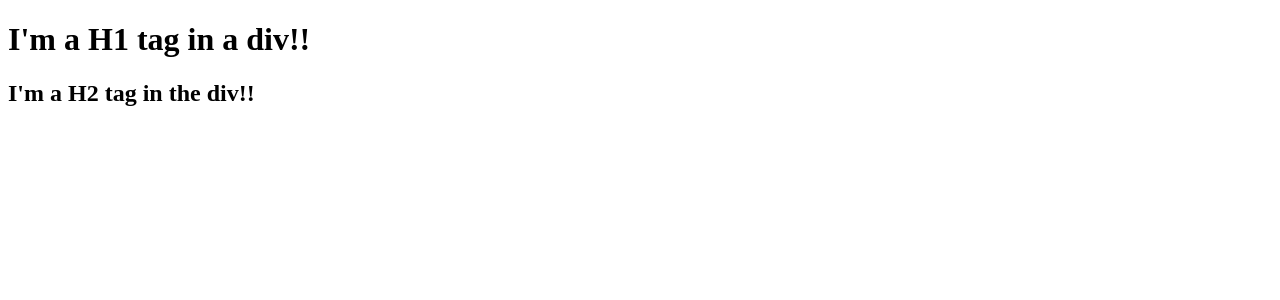
Repository: SrijanaGupta/lets-react
Page: index.html
An editor plug-in stored every save of this project. The page is shown before and after the next save, followed by the edit.
The browser window is 1280 px wide. The pictures show the whole page.

Above is the page before, as saved 2024-07-04 21:10:03.

After the next save:
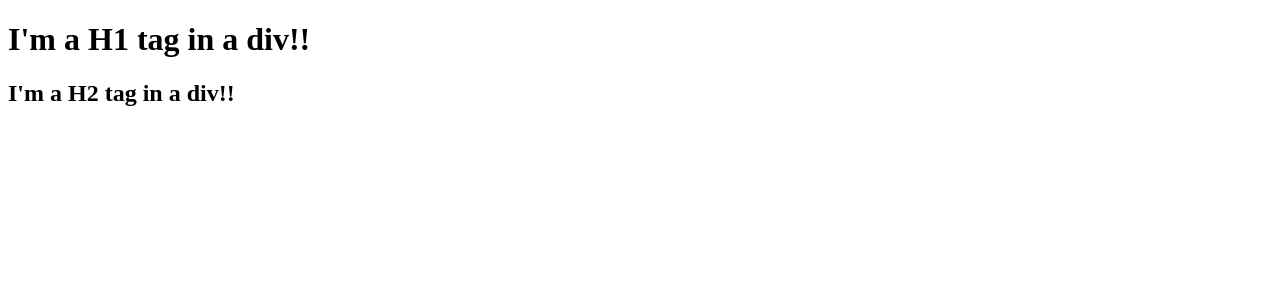
Saved 13 s later.
--- a/App.js
+++ b/App.js
@@ -2,7 +2,7 @@
 const parent = React.createElement('div', {id:'parent'},
     React.createElement('div', {id:'child'}, [
         React.createElement('h1',{}, "I'm a H1 tag in a div!!"),
-        React.createElement('h2',{}, "I'm a H2 tag in the div!!")
+        React.createElement('h2',{}, "I'm a H2 tag in a div!!")
     ]
     ))
 
